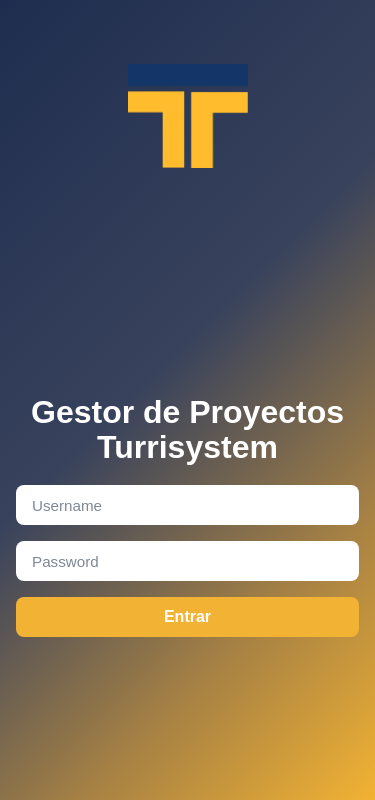
Repository: JucesM/gestor-proyectos-turri
Page: / (app in Job-Portal-Frontend-main/)
The author's editor kept a copy of each file at every save. The page is drawn from the files as they stood at one save, then again after the next save.
The browser window is 375 px wide. The pictures show the whole page.
The page's requests for data from a server got no answer. The project was rebuilt for these pictures with package versions that can differ from the ones it lists, and the page was loaded fresh each time. No one was signed in, and anything a server would have sent is missing. Imported but missing from the stored project, and not drawn on this page: Job-Portal-Frontend-main/src/reportWebVitals.

Above is the page before, as saved 2025-09-23 14:39:15.

After the next save:
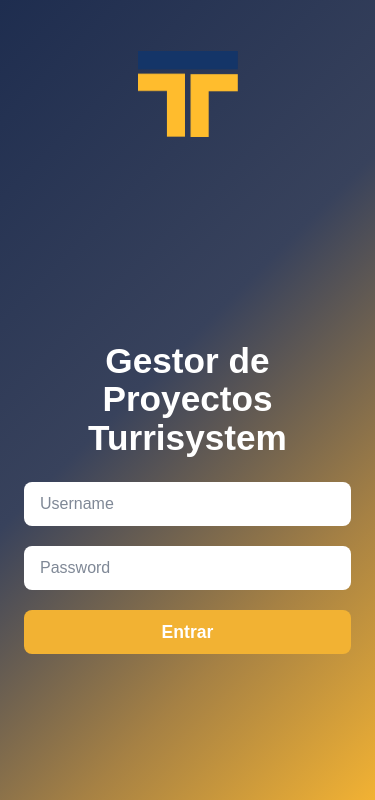
Saved 2 min 2 s later.
--- a/Job-Portal-Frontend-main/src/pages/Login.css
+++ b/Job-Portal-Frontend-main/src/pages/Login.css
@@ -123,6 +123,21 @@
 }
 
 /* Responsive */
+@media (max-width: 1024px) {
+  .login-left {
+    padding: 0 3rem;
+  }
+
+  .login-title {
+    font-size: 3rem;
+  }
+
+  .logo-image {
+    max-width: 200px;
+    max-height: 200px;
+  }
+}
+
 @media (max-width: 768px) {
   .login-container {
     flex-direction: column;
@@ -132,19 +147,19 @@
 
   .login-left {
     flex: 1;
-    padding: 2rem 1.5rem;
+    padding: 3rem 2rem 2rem 2rem;
     order: 2;
   }
 
   .login-right {
-    flex: 0 0 200px;
-    padding: 1rem;
+    flex: 0 0 180px;
+    padding: 2rem 1rem;
     order: 1;
   }
 
   .login-title {
-    font-size: 2.5rem;
-    margin-bottom: 1.5rem;
+    font-size: 2.8rem;
+    margin-bottom: 2rem;
   }
 
   .login-content {
@@ -152,48 +167,54 @@
   }
 
   .login-input {
-    height: 2.75rem;
+    height: 3.2rem;
+    font-size: 1.1rem;
   }
 
   .btn-entrar {
-    height: 2.75rem;
-    font-size: 1.125rem;
-    margin-top: 1.25rem;
+    height: 3.2rem;
+    font-size: 1.3rem;
+    margin-top: 1.5rem;
   }
 
   .logo-image {
-    max-width: 150px;
-    max-height: 150px;
+    max-width: 140px;
+    max-height: 140px;
   }
 }
 
 @media (max-width: 480px) {
   .login-left {
+    padding: 2rem 1.5rem 1.5rem 1.5rem;
+  }
+
+  .login-right {
+    flex: 0 0 140px;
     padding: 1.5rem 1rem;
   }
 
   .login-title {
-    font-size: 2rem;
-    margin-bottom: 1.25rem;
+    font-size: 2.2rem;
+    margin-bottom: 1.5rem;
   }
 
   .form-group {
-    margin-bottom: 1rem;
+    margin-bottom: 1.2rem;
   }
 
   .login-input {
-    height: 2.5rem;
-    font-size: 0.95rem;
+    height: 2.8rem;
+    font-size: 1rem;
   }
 
   .btn-entrar {
-    height: 2.5rem;
-    font-size: 1rem;
-    margin-top: 1rem;
+    height: 2.8rem;
+    font-size: 1.1rem;
+    margin-top: 1.2rem;
   }
 
   .logo-image {
-    max-width: 120px;
-    max-height: 120px;
-  }
-}
+    max-width: 100px;
+    max-height: 100px;
+  }
+}
